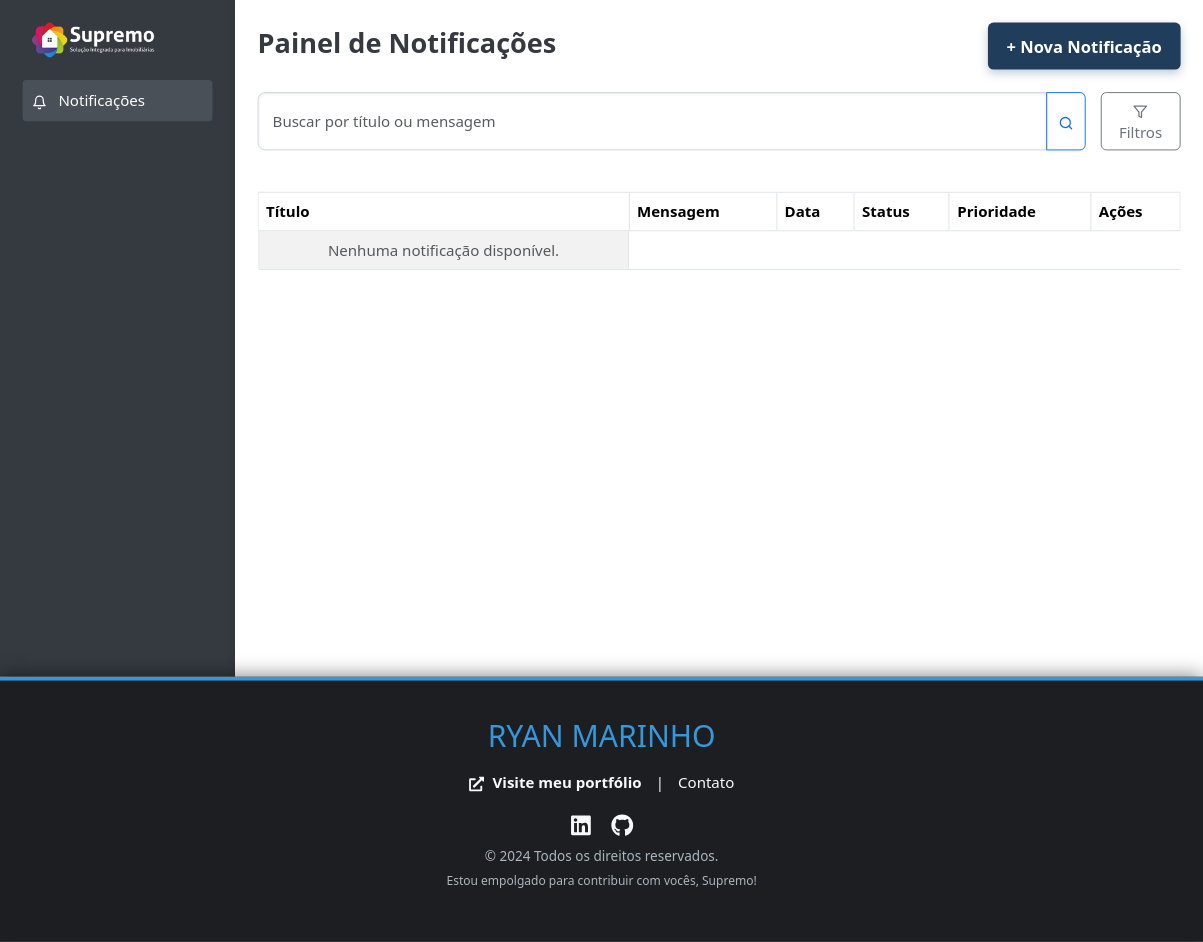
Repository: ryanmarinhodev/Supremo-teste-tecnico
Page: /notifications
An editor plug-in stored every save of this project. The page is shown before and after the next save, followed by the edit.
The browser window is 1280 px wide. The pictures show the whole page, at 94% of full size.
The project was rebuilt for these pictures with package versions that can differ from the ones it lists, and the page was loaded fresh each time. Also part of the build but not shown: src/App.css, src/Components/Login/index.jsx.

Above is the page before, as saved 2024-11-07 20:04:06.

### src/Components/Notifications/homeNotification.jsx
import React, { useState } from "react";
import Menu from "./menu";
import Buscar from "./buscar";
import TabelaNotificacoes from "./tabelaNotificacoes";
import ModalNotificacao from "./modalNotificacao";
import Footer from "./footer";
import "./notification.css";
import { Button } from "react-bootstrap";

const HomeNotification = () => {
  const [notifications, setNotifications] = useState([]);
  const [showModal, setShowModal] = useState(false);
  const [search, setSearch] = useState("");
  const [currentNotification, setCurrentNotification] = useState({
    id: null,
    title: "",
    message: "",
    date: "",
    status: "Não Lida",
    priority: "Normal",
  });

  const getCurrentDate = () => {
    const today = new Date();
    return today.toISOString().split("T")[0];
  };

  const openModal = (
    notification = {
      title: "",
      message: "",
      date: getCurrentDate(),
      status: "Não Lida",
      priority: "Normal",
    }
  ) => {
    setCurrentNotification(notification);
    setShowModal(true);
  };

  const closeModal = () => {
    setShowModal(false);
    setCurrentNotification({
      id: null,
      title: "",
      message: "",
      date: getCurrentDate(),
      status: "Não Lida",
      priority: "Normal",
    });
  };

  const handleChange = (e) => {
    const { name, value } = e.target;
    setCurrentNotification((prev) => ({ ...prev, [name]: value }));
  };

  const handleSubmit = () => {
    if (currentNotification.id) {
      setNotifications((prev) =>
        prev.map((notif) =>
          notif.id === currentNotification.id ? currentNotification : notif
        )
      );
    } else {
      setNotifications((prev) => [
        ...prev,
        { ...currentNotification, id: Date.now() },
      ]);
    }
    closeModal();
  };

  const handleDelete = (id) => {
    setNotifications((prev) => prev.filter((notif) => notif.id !== id));
  };

  const markAsRead = (id) => {
    setNotifications((prev) =>
      prev.map((notif) =>
        notif.id === id ? { ...notif, status: "Lida" } : notif
      )
    );
  };

  const filteredNotifications = notifications.filter(
    (notif) =>
      notif.title.toLowerCase().includes(search.toLowerCase()) ||
      notif.message.toLowerCase().includes(search.toLowerCase())
  );
  return (
    <>
      <div className="dashboard-container d-flex">
        <Menu />
        <div className="content flex-grow-1 p-4">
          <header className="d-flex justify-content-between align-items-center mb-4">
            <h2 className="page-title">Painel de Notificações</h2>
            <Button variant="primary" onClick={() => openModal()}>
              + Nova Notificação
            </Button>
          </header>

          <Buscar search={search} setSearch={setSearch} />

          <TabelaNotificacoes
            notifications={filteredNotifications}
            openModal={openModal}
            handleDelete={handleDelete}
            markAsRead={markAsRead}
          />

          <ModalNotificacao
            showModal={showModal}
            closeModal={closeModal}
            currentNotification={currentNotification}
            handleChange={handleChange}
            handleSubmit={handleSubmit}
          />
        </div>
      </div>
      <Footer />
    </>
  );
};

export default HomeNotification;

### src/Components/Notifications/menu.jsx
import React from "react";
import { FiBell } from "react-icons/fi";
import Logo from "../../assets/logo-supremo-branco.png";

const Sidebar = () => (
  <aside className="sidebar p-4">
    <img src={Logo} alt="Logotipo Supremo" className="logo" />
    <ul className="nav flex-column mt-4">
      <li className="nav-item mb-2">
        <a href="/notifications" className="nav-link active">
          <FiBell className="me-2" /> Notificações
        </a>
      </li>
    </ul>
  </aside>
);

export default Sidebar;

### src/Components/Notifications/buscar.jsx
import React from "react";
import { InputGroup, FormControl, Button } from "react-bootstrap";
import { FiSearch, FiFilter } from "react-icons/fi";

const BarraBusca = ({ search, setSearch }) => (
  <div className="d-flex mb-4">
    <InputGroup className="me-2">
      <FormControl
        placeholder="Buscar por título ou mensagem"
        value={search}
        onChange={(e) => setSearch(e.target.value)}
      />
      <Button variant="outline-primary">
        <FiSearch />
      </Button>
    </InputGroup>
    <Button variant="outline-secondary" className="ms-2">
      <FiFilter /> Filtros
    </Button>
  </div>
);

export default BarraBusca;

### src/Components/Notifications/tabelaNotificacoes.jsx
import React from "react";
import { Table, Button, Badge } from "react-bootstrap";
import { FiEdit, FiTrash2, FiCheckCircle } from "react-icons/fi";

const TabelaNotificacoes = ({
  notifications,
  openModal,
  handleDelete,
  markAsRead,
}) => (
  <Table striped bordered hover responsive>
    <thead>
      <tr>
        <th>Título</th>
        <th>Mensagem</th>
        <th>Data</th>
        <th>Status</th>
        <th>Prioridade</th>
        <th>Ações</th>
      </tr>
    </thead>
    <tbody>
      {notifications.length > 0 ? (
        notifications.map((notification) => (
          <tr key={notification.id}>
            <td>{notification.title}</td>
            <td>{notification.message}</td>
            <td>{notification.date}</td>
            <td>
              <Badge
                bg={notification.status === "Não Lida" ? "warning" : "success"}
              >
                {notification.status}
              </Badge>
            </td>
            <td>
              <Badge bg={notification.priority === "Alta" ? "danger" : "info"}>
                {notification.priority}
              </Badge>
            </td>
            <td>
              <Button
                variant="outline-secondary"
                size="sm"
                className="me-2"
                onClick={() => openModal(notification)}
              >
                <FiEdit /> Editar
              </Button>
              <Button
                variant="outline-danger"
                size="sm"
                onClick={() => handleDelete(notification.id)}
              >
                <FiTrash2 /> Excluir
              </Button>
              {notification.status === "Não Lida" && (
                <Button
                  variant="outline-success"
                  size="sm"
                  className="ms-2"
                  onClick={() => markAsRead(notification.id)}
                >
                  <FiCheckCircle /> Marcar como Lida
                </Button>
              )}
            </td>
          </tr>
        ))
      ) : (
        <tr>
          <td colSpan="6" className="text-center text-muted">
            Nenhuma notificação disponível.
          </td>
        </tr>
      )}
    </tbody>
  </Table>
);

export default TabelaNotificacoes;

### src/Components/Notifications/modalNotificacao.jsx
import React from "react";
import { Modal, Button, Form } from "react-bootstrap";

const ModalNotificacao = ({
  showModal,
  closeModal,
  currentNotification,
  handleChange,
  handleSubmit,
}) => {
  return (
    <Modal show={showModal} onHide={closeModal}>
      <Modal.Header closeButton>
        <Modal.Title>
          {currentNotification.id
            ? "Editar Notificação"
            : "Cadastrar Notificação"}
        </Modal.Title>
      </Modal.Header>
      <Modal.Body>
        <Form>
          <Form.Group className="mb-3">
            <Form.Label>Título</Form.Label>
            <Form.Control
              type="text"
              placeholder="Título da Notificação"
              name="title"
              value={currentNotification.title}
              onChange={handleChange}
            />
          </Form.Group>
          <Form.Group className="mb-3">
            <Form.Label>Mensagem</Form.Label>
            <Form.Control
              as="textarea"
              rows={3}
              placeholder="Mensagem da Notificação"
              name="message"
              value={currentNotification.message}
              onChange={handleChange}
            />
          </Form.Group>
          <Form.Group className="mb-3">
            <Form.Label>Data de Envio</Form.Label>
            <Form.Control
              type="date"
              name="date"
              value={currentNotification.date}
              onChange={handleChange}
            />
          </Form.Group>
          <Form.Group className="mb-3">
            <Form.Label>Prioridade</Form.Label>
            <Form.Select
              name="priority"
              value={currentNotification.priority}
              onChange={handleChange}
            >
              <option value="Normal">Normal</option>
              <option value="Alta">Alta</option>
            </Form.Select>
          </Form.Group>
        </Form>
      </Modal.Body>
      <Modal.Footer>
        <Button variant="secondary" onClick={closeModal}>
          Cancelar
        </Button>
        <Button variant="primary" onClick={handleSubmit}>
          {currentNotification.id ? "Salvar Alterações" : "Cadastrar"}
        </Button>
      </Modal.Footer>
    </Modal>
  );
};

export default ModalNotificacao;

### src/Components/Notifications/footer.jsx
import React from "react";
import "./notification.css";
import { FaLinkedin, FaGithub, FaExternalLinkAlt } from "react-icons/fa";

const Footer = () => {
  const portfolioLink = "https://portfolio-ryann.netlify.app/";

  return (
    <footer className="footer">
      <div className="footer-content">
        <div className="footer-logo">
          <h2>Ryan Marinho</h2>
        </div>
        <nav className="footer-nav">
          <a href={portfolioLink} target="_blank" rel="noopener noreferrer">
            <FaExternalLinkAlt className="portfolio-icon" />{" "}
            {/* Ícone do link externo */}
            <span className="portfolio-text">Visite meu portfólio</span>
          </a>
          <span>|</span>
          <a href="/contato">Contato</a>
        </nav>
        <div className="footer-social">
          <a
            href="https://www.linkedin.com/in/ryan-marinho-861120211/"
            target="_blank"
            rel="noopener noreferrer"
          >
            <FaLinkedin size={24} />
          </a>
          <a
            href="https://github.com/ryanmarinhodev"
            target="_blank"
            rel="noopener noreferrer"
          >
            <FaGithub size={24} />
          </a>
        </div>
        <p className="footer-copy">
          &copy; {new Date().getFullYear()} Todos os direitos reservados.
        </p>
        <p className="footer-note">
          Estou empolgado para contribuir com vocês, Supremo!
        </p>
      </div>
    </footer>
  );
};

export default Footer;

### src/Components/Notifications/notification.css
.dashboard-container {
    display: flex;
    min-height: 100vh;
    background-color: #f8f9fa;
  }

  .sidebar {
    width: 250px;
    background-color: #343a40;
    color: #fff;
    height: 100vh;
  }

.logo {
    width: 130px;
    display: flex;
    margin-left: 10px;
}

  .sidebar h4 {
    font-size: 1.4rem;
    font-weight: bold;
    color: #fff;
  }

  .sidebar .nav-link {
    color: #ced4da;
    padding: 10px;
    font-weight: 500;
  }

  .sidebar .nav-link:hover,
  .sidebar .nav-link.active {
    background-color: #495057;
    color: #fff;
    border-radius: 4px;
  }

  .content {
    flex-grow: 1;
    padding: 20px 40px;
    background-color: #ffffff;
    box-shadow: 0px 0px 10px rgba(0, 0, 0, 0.1);
  }

  .page-title {
    font-size: 1.8rem;
    font-weight: bold;
    color: #343a40;
  }

  .table {
    margin-top: 20px;
  }

  button {
    transition: background-color 0.3s ease, box-shadow 0.2s ease;
  }

  button:hover {
    box-shadow: 0px 4px 8px rgba(0, 0, 0, 0.15);
  }


  /* Responsividade: Oculta a sidebar e ajusta o conteúdo em telas menores */
@media (max-width: 768px) {
  .sidebar {
    width: 100%;
    height: auto;
    transform: translateX(-100%);
    position: absolute;
    top: 0;
    left: 0;
  }

  .sidebar.active {
    transform: translateX(0);
  }

  .content {
    margin-left: 0;
    padding: 20px;
  }
}

/* Botão de alternância da sidebar */
.sidebar-toggle {
  display: none;
}

@media (max-width: 768px) {
  .sidebar-toggle {
    display: block;
    background-color: #343a40;
    color: #fff;
    position: fixed;
    top: 10px;
    left: 10px;
    z-index: 1100;
  }
}

.page-title {
  font-size: 1.8rem;
  font-weight: bold;
  color: #343a40;
}

/* Ajuste da fonte do título em telas pequenas */
@media (max-width: 768px) {
  .page-title {
    font-size: 1.5rem;
  }
}

/* Barra de busca e botão */
.button-container {
  display: flex;
  justify-content: space-between;
  align-items: center;
  margin-bottom: 20px;
}

/* Estilo para a tabela */
.table {
  margin-top: 20px;
}

button {
  transition: background-color 0.3s ease, box-shadow 0.2s ease;
}

button:hover {
  box-shadow: 0px 4px 8px rgba(0, 0, 0, 0.15);
}


@media (max-width: 768px) {
    .sidebar {
      width: 100%;
      height: auto;
      transform: translateX(-100%);
      position: absolute;
      top: 0;
      left: 0;
    }

    .sidebar.active {
      transform: translateX(0);
    }

    .content {
      margin-left: 0;
      padding: 20px;
    }
  }

  .sidebar-toggle {
    display: none;
  }

  @media (max-width: 768px) {
    .sidebar-toggle {
      display: block;
      background-color: #343a40;
      color: #fff;
      position: fixed;
      top: 10px;
      left: 10px;
      z-index: 1100;
    }
  }

  .page-title {
    font-size: 1.8rem;
    font-weight: bold;
    color: #343a40;
  }

  @media (max-width: 768px) {
    .page-title {
      font-size: 1.5rem;
    }
  }

  .button-container {
    display: flex;
    justify-content: space-between;
    align-items: center;
    margin-bottom: 20px;
  }

  /* Estilo para a tabela */
  .table {
    margin-top: 20px;
  }

  button {
    transition: background-color 0.3s ease, box-shadow 0.2s ease;
  }

  button:hover {
    box-shadow: 0px 4px 8px rgba(0, 0, 0, 0.15);
  }

  .footer {
    background-color: #1c1e22; /* Cor de fundo escura e elegante */
    color: #f8f9fa; /* Texto em cor clara para bom contraste */
    text-align: center; /* Centraliza o texto */
    padding: 40px 20px; /* Espaçamento em cima e embaixo */
    position: relative; /* Para posicionamento */
    bottom: 0; /* Fica fixo na parte inferior da página */
    width: 100%; /* Largura total */
    box-shadow: 0 -1px 20px rgba(0, 0, 0, 0.5); /* Sombra mais pronunciada */
    border-top: 4px solid #3498db; /* Linha superior mais grossa para um toque moderno */
}

.footer-content {
    max-width: 1200px; /* Limita a largura do conteúdo */
    margin: auto; /* Centraliza o conteúdo */
    display: flex; /* Usa Flexbox para layout */
    flex-direction: column; /* Coloca os itens em coluna */
    align-items: center; /* Centraliza os itens horizontalmente */
}

.footer-logo {
    font-size: 2em; /* Tamanho da fonte do logo aumentado */
    font-weight: bold; /* Negrito para destaque */
    margin-bottom: 10px; /* Espaçamento abaixo do logo */
    color: #3498db; /* Cor do logo */
    text-transform: uppercase; /* Para dar um toque mais moderno */
}

.footer-nav {
    margin-bottom: 10px; /* Espaçamento abaixo da nav */
}

.footer-nav a {
    color: #f8f9fa; /* Cor dos links */
    text-decoration: none; /* Remove sublinhado */
    margin: 0 15px; /* Espaçamento entre os links */
    transition: color 0.3s, transform 0.3s; /* Efeito de transição suave */
}

.footer-nav a:hover {
    color: #3498db; /* Cor ao passar o mouse */
    transform: scale(1.1); /* Efeito de aumento ao passar o mouse */
}

.portfolio-icon {
    margin-right: 5px; /* Espaçamento à direita do ícone do portfólio */
    vertical-align: middle; /* Alinha o ícone com o texto */
}

.portfolio-text {
    font-weight: bold; /* Deixa o texto do portfólio em negrito */
}

.footer-social {
    margin: 10px 0; /* Espaçamento para ícones sociais */
}

.footer-social a {
    color: #f8f9fa; /* Cor dos ícones */
    margin: 0 10px; /* Espaçamento entre os ícones */
    transition: color 0.3s; /* Efeito de transição suave */
}

.footer-social a:hover {
    color: #3498db; /* Cor ao passar o mouse nos ícones sociais */
}

.footer-copy {
    font-size: 0.9em; /* Tamanho da fonte menor para copyright */
    margin: 0; /* Remove margens */
    color: #adb5bd; /* Cor do texto de copyright mais suave */
}

.footer-note {
    font-size: 0.8em; /* Tamanho da fonte menor para nota do projeto */
    color: #adb5bd; /* Cor da nota mais suave */
    margin-top: 5px; /* Espaçamento acima da nota */
}

Loaded but not shown: public/index.html (common file); src/index.js (common file); src/index.css (common file); src/reportWebVitals.js (common file); src/App.js (17 lines, source omitted); src/Components/Login/styles.css (188 lines, source omitted)

After the next save:
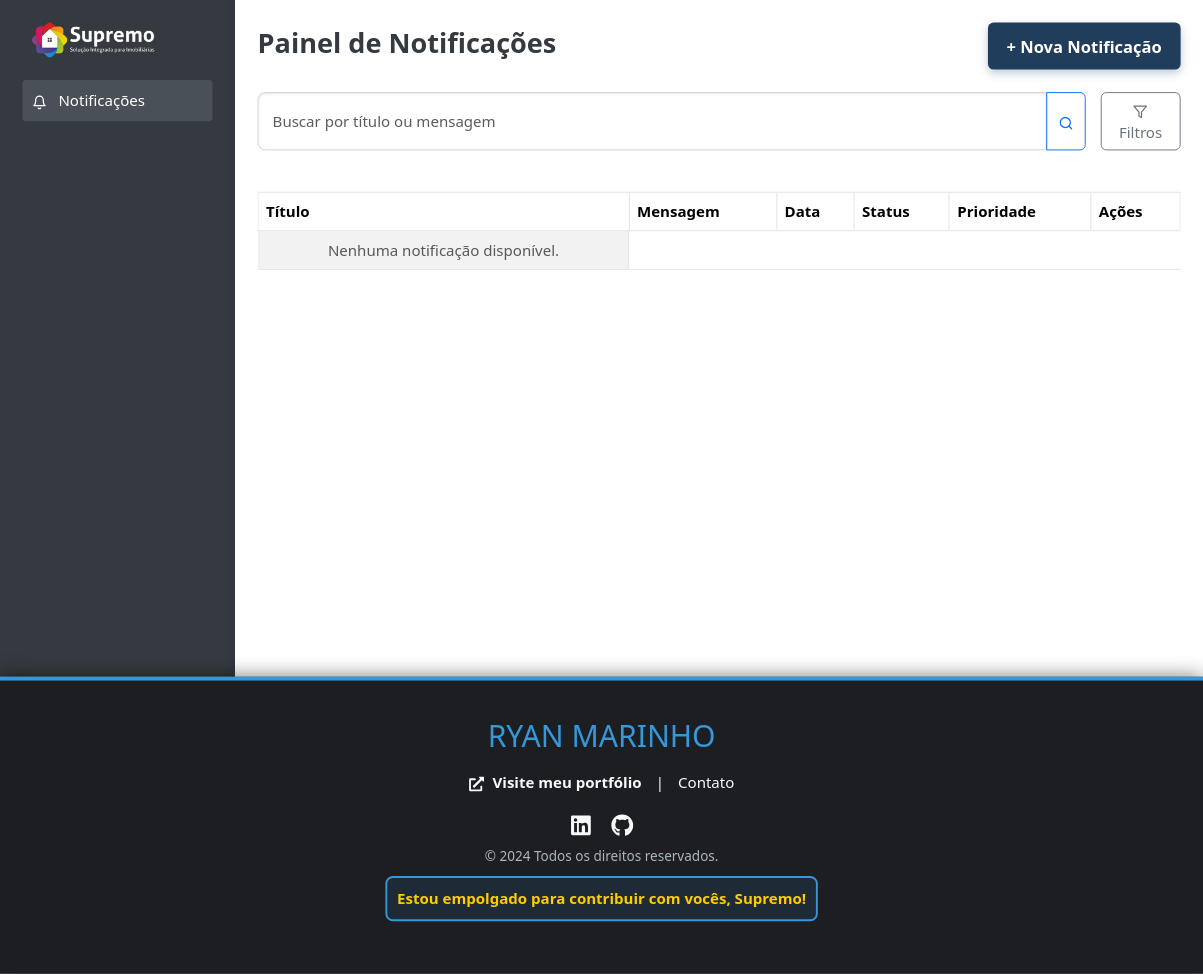
Saved 2 min 38 s later.
--- a/src/Components/Notifications/notification.css
+++ b/src/Components/Notifications/notification.css
@@ -243,7 +243,7 @@
 }
 
 .footer-nav a:hover {
-    color: #3498db; /* Cor ao passar o mouse */
+    color: #1abc9c; /* Cor ao passar o mouse */
     transform: scale(1.1); /* Efeito de aumento ao passar o mouse */
 }
 
@@ -276,8 +276,19 @@
     color: #adb5bd; /* Cor do texto de copyright mais suave */
 }
 
+/* Estilização para a nota sobre a vaga */
 .footer-note {
-    font-size: 0.8em; /* Tamanho da fonte menor para nota do projeto */
-    color: #adb5bd; /* Cor da nota mais suave */
-    margin-top: 5px; /* Espaçamento acima da nota */
-}
+    font-size: 1em; /* Tamanho da fonte da nota aumentada */
+    color: #ffcc00; /* Cor amarela para destacar */
+    margin-top: 10px; /* Espaçamento acima da nota */
+    font-weight: bold; /* Deixa o texto em negrito */
+    padding: 10px; /* Espaçamento interno */
+    border: 2px solid #3498db; /* Borda azul para destaque */
+    border-radius: 8px; /* Bordas arredondadas */
+    background-color: rgba(52, 152, 219, 0.1); /* Fundo leve azul claro */
+    transition: transform 0.3s; /* Transição suave para efeito hover */
+}
+
+.footer-note:hover {
+    transform: scale(1.05); /* Efeito de aumento ao passar o mouse */
+}

After the save that followed:
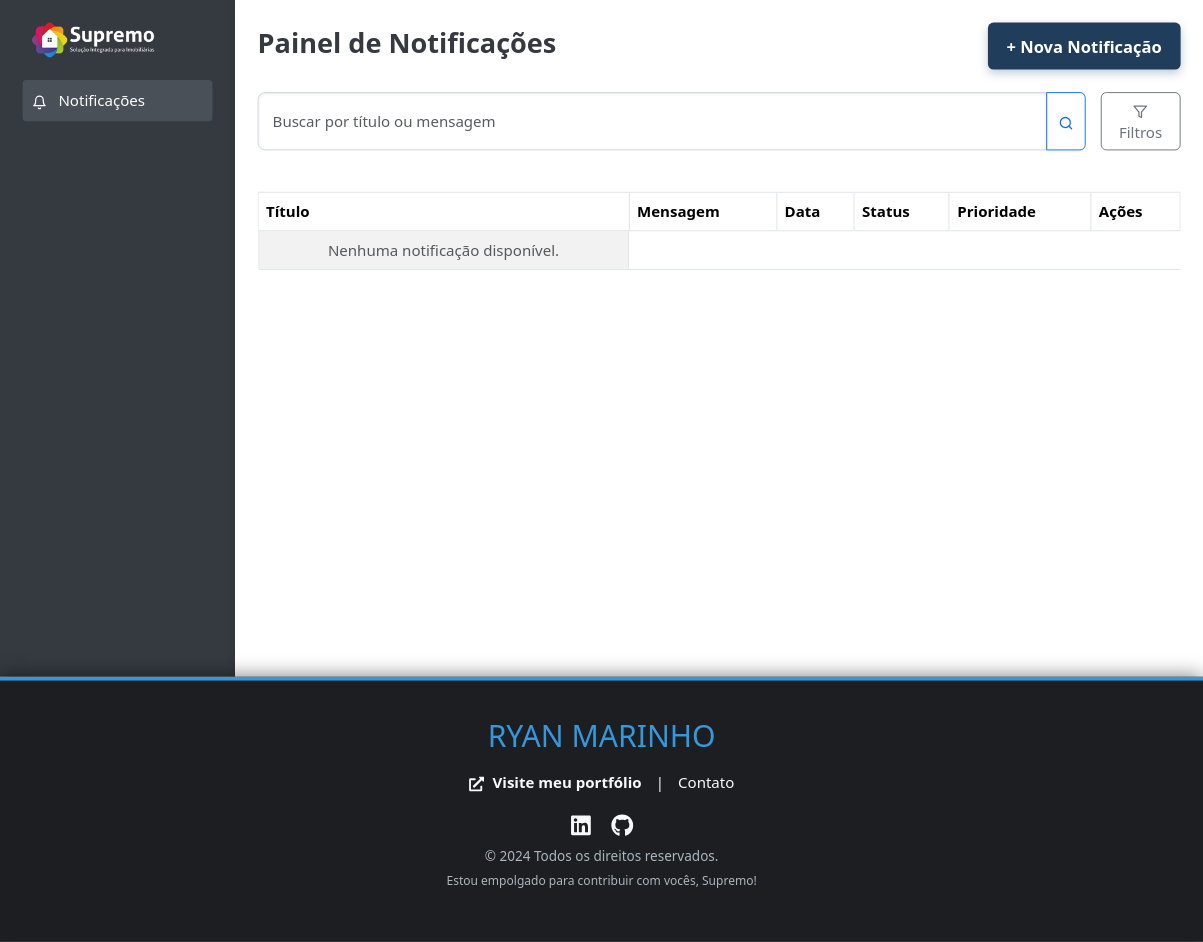
Saved 29 s later.
--- a/src/Components/Notifications/notification.css
+++ b/src/Components/Notifications/notification.css
@@ -243,7 +243,7 @@
 }
 
 .footer-nav a:hover {
-    color: #1abc9c; /* Cor ao passar o mouse */
+    color: #3498db; /* Cor ao passar o mouse */
     transform: scale(1.1); /* Efeito de aumento ao passar o mouse */
 }
 
@@ -276,19 +276,8 @@
     color: #adb5bd; /* Cor do texto de copyright mais suave */
 }
 
-/* Estilização para a nota sobre a vaga */
 .footer-note {
-    font-size: 1em; /* Tamanho da fonte da nota aumentada */
-    color: #ffcc00; /* Cor amarela para destacar */
-    margin-top: 10px; /* Espaçamento acima da nota */
-    font-weight: bold; /* Deixa o texto em negrito */
-    padding: 10px; /* Espaçamento interno */
-    border: 2px solid #3498db; /* Borda azul para destaque */
-    border-radius: 8px; /* Bordas arredondadas */
-    background-color: rgba(52, 152, 219, 0.1); /* Fundo leve azul claro */
-    transition: transform 0.3s; /* Transição suave para efeito hover */
-}
-
-.footer-note:hover {
-    transform: scale(1.05); /* Efeito de aumento ao passar o mouse */
-}
+    font-size: 0.8em; /* Tamanho da fonte menor para nota do projeto */
+    color: #adb5bd; /* Cor da nota mais suave */
+    margin-top: 5px; /* Espaçamento acima da nota */
+}
